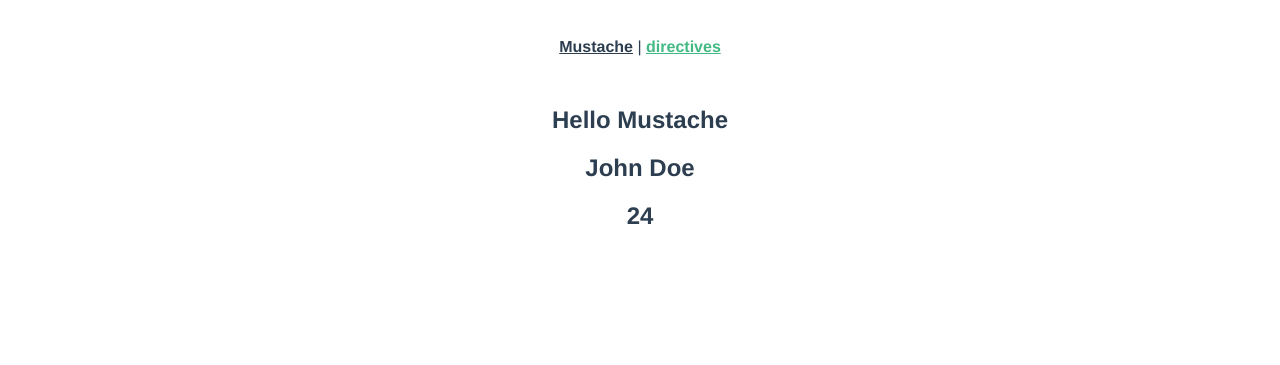
Repository: yeyanghui0616/my-vue2-learning
Page: /directives
An editor plug-in stored every save of this project. The page is shown before and after a run of saves, followed by the edit.
The browser window is 1280 px wide. The pictures show the whole page.
The project was rebuilt for these pictures with package versions that can differ from the ones it lists, and the page was loaded fresh each time. Also part of the build but not shown: src/views/Mustache.vue.

Above is the page before, as saved 2023-08-30 21:18:59.

### src/App.vue
<template>
	<div id="app">
		<div id="nav">
			<router-link to="/">Mustache</router-link> |
			<router-link to="/directives">directives</router-link>
		</div>
		<router-view />
	</div>
</template>

<style lang="scss">
#app {
	font-family: Avenir, Helvetica, Arial, sans-serif;
	-webkit-font-smoothing: antialiased;
	-moz-osx-font-smoothing: grayscale;
	text-align: center;
	color: #2c3e50;
}

#nav {
	padding: 30px;

	a {
		font-weight: bold;
		color: #2c3e50;

		&.router-link-exact-active {
			color: #42b983;
		}
	}
}
</style>

### src/router/index.js
import Vue from "vue";
import VueRouter from "vue-router";
import Mustache from "../views/Mustache.vue";

Vue.use(VueRouter);

const routes = [
	{
		path: "/",
		name: "Mustache",
		component: Mustache,
	},
	{
		path: "/directives",
		name: "directives",
		component: () => import("../views/directives.vue"),
	},
];

const router = new VueRouter({
	mode: "history",
	base: process.env.BASE_URL,
	routes,
});

export default router;

### src/views/directives.vue
<template>
	<div>
		<!-- TODO Mustache -->
		<h2>Hello {{ name }}</h2>
		<h2>{{ firstName }} {{ lastName }}</h2>
		<h2>{{ counter * 2 }}</h2>
		<!-- TODO v-html -->
		<h2>{{ link }}</h2>
		<h2 v-html="link"></h2>
	</div>
</template>

<script>
export default {
	data() {
		return {
			name: "Mustache",
			firstName: "John",
			lastName: "Doe",
			counter: 12,
		};
	},

	methods: {},
};
</script>

<style lang="scss"></style>

Loaded but not shown: public/index.html (common file); src/main.js (common file); src/store/index.js (common file)

After the next 3 saves:
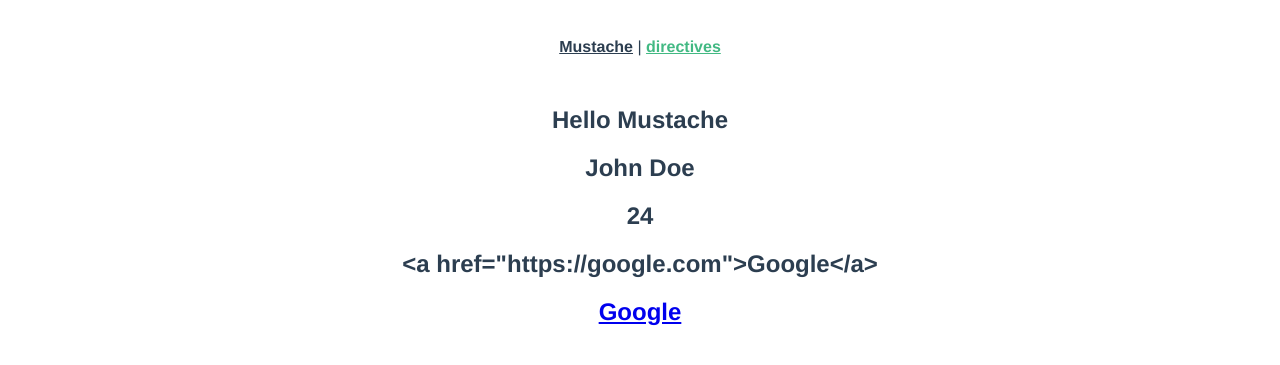
The 3 saves are shown as one change because 1 did not build or start and some came seconds apart.
The last was saved 10 s later.
--- a/src/views/directives.vue
+++ b/src/views/directives.vue
@@ -18,6 +18,7 @@ export default {
 			firstName: "John",
 			lastName: "Doe",
 			counter: 12,
+			link: '<a href="https://google.com">Google</a>',
 		};
 	},
 
